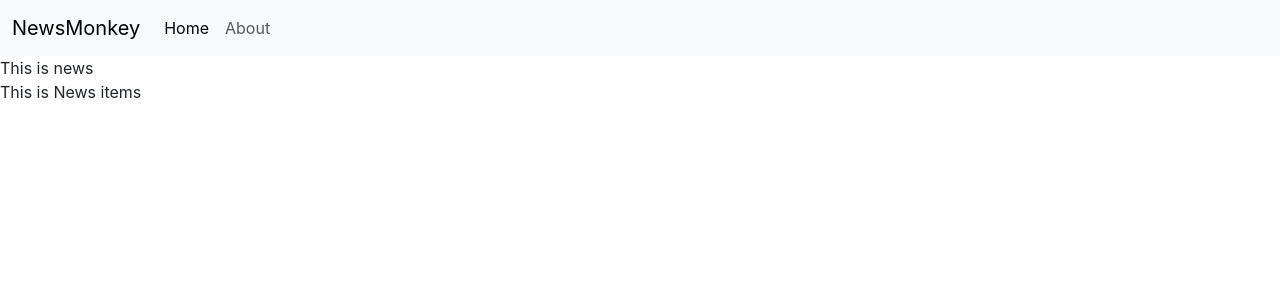
Repository: WajihaGul/NewsMonkey-React
Page: /
An editor plug-in stored every save of this project. The page is shown before and after the next save, followed by the edit.
The browser window is 1280 px wide. The pictures show the whole page.
The project was rebuilt for these pictures with package versions that can differ from the ones it lists, and the page was loaded fresh each time. Also part of the build but not shown: src/App.css.

Above is the page before, as saved 2024-02-19 22:27:45.

After the next save:
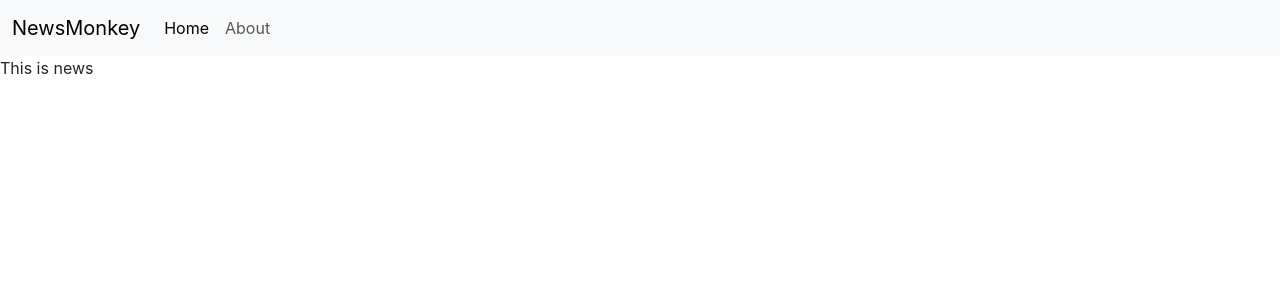
Saved 92 s later.
--- a/src/App.js
+++ b/src/App.js
@@ -1,6 +1,8 @@
+import './App.css';
 import React, { Component } from 'react'
 import Navbar from './Components/Navbar';
-import News from './Components/News';
+import News from './Components/news';
+
 
 export default class App extends Component {
   render() {
